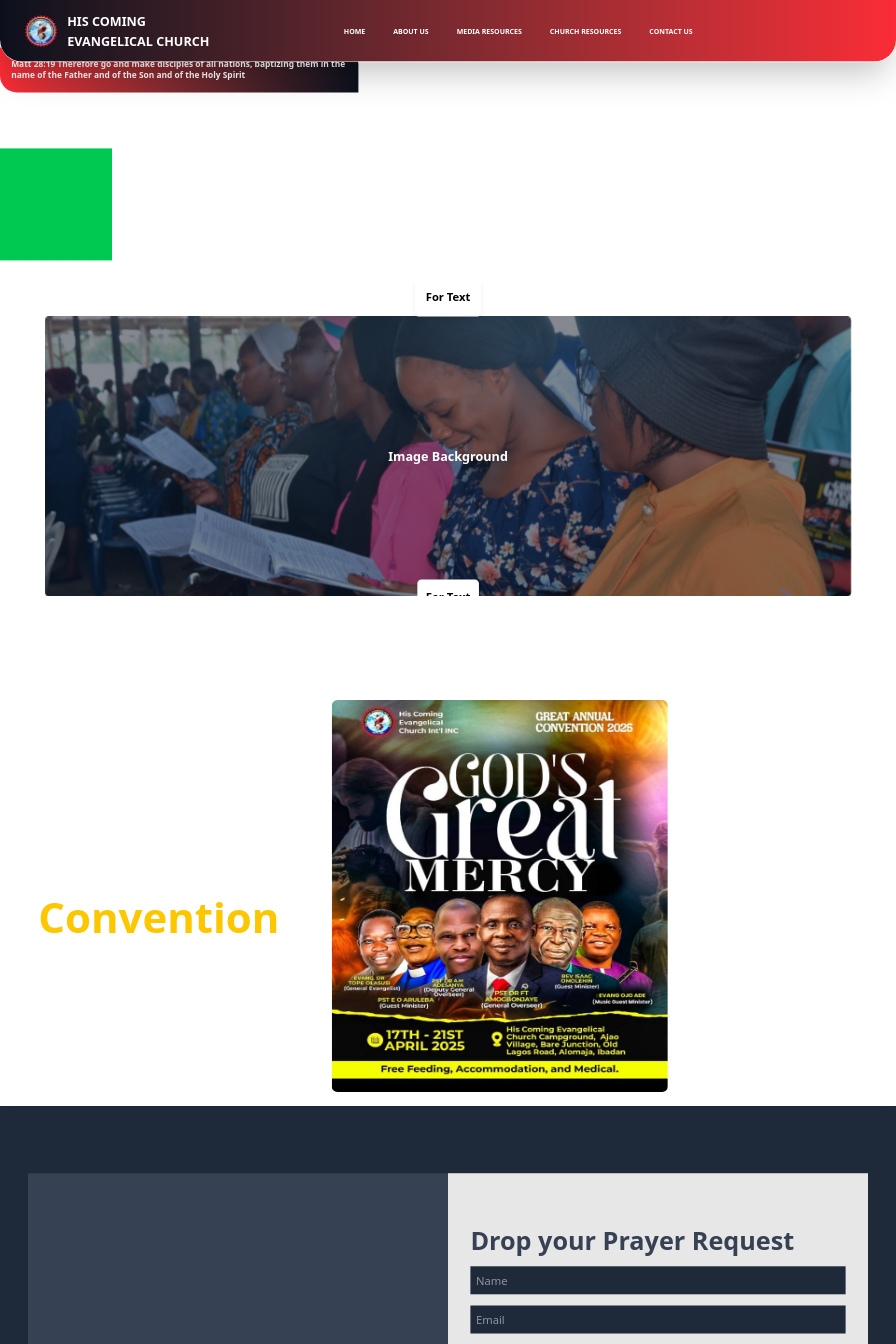
Repository: EmmyDunny1/HCEC-Website
Page: /
An editor plug-in stored every save of this project. The page is shown before and after a run of saves, followed by the edit.
The browser window is 1280 px wide. The pictures show the part of the page from y = 0 to 1920 px (the page is 2728 px tall before and 2872 px after), at 70% of full size.
The project was rebuilt for these pictures with package versions that can differ from the ones it lists, and the page was loaded fresh each time. The framework's server and built-in components were replaced by stand-ins that run in the browser. Also part of the build but not shown: next.config.ts.

Above is the page before, as saved 2025-07-22 12:13:44.

### app/layout.tsx
import type { Metadata } from "next";
import { Geist, Geist_Mono } from "next/font/google";
import "./globals.css";

const geistSans = Geist({
  variable: "--font-geist-sans",
  subsets: ["latin"],
});

const geistMono = Geist_Mono({
  variable: "--font-geist-mono",
  subsets: ["latin"],
});

export const metadata: Metadata = {
  title: "Official HCEC Website",
  description: "His Coming Evangelical Church Website",
};

export default function RootLayout({
  children,
}: Readonly<{
  children: React.ReactNode;
}>) {
  return (
    <html lang="en">
    <head>
      <link rel="icon" href="/public/assets/HCEC_LOGO.png" />
    </head>
      <body
        className={`${geistSans.variable} ${geistMono.variable} antialiased`}
      >

        {children}
        {/* Footer Component */}
      </body>
    </html>
  );
}

### app/page.tsx

import Navbar from "./components/Navbar";
import Homepage from './Home-page/Homepage';
import Footer from "./components/Footer";


export default function Home() {
  return (
    <div className="justify-center">

       {/* Navbar Component */}
       <Navbar />
      <Homepage />
      <Footer />


    </div>
  );
}

### app/components/Navbar.tsx
"use client";

import React from "react";
import Image from "next/image";
import Link from "next/link";
import { BiMenuAltRight } from "react-icons/bi";

type NavItem = {
  label?: string;
  link?: string;
  children?: NavItem[];
};

type NavbarProps = {
  navItems?: NavItem[];
  churchName?: string;
};

const defaultNavItems: NavItem[] = [
  { label: "HOME", link: "#", children: [{ label: "Upcoming Events", link: "Home-page/Upcoming-Programs" }, { label: "Prayer Requests", link: "Home-page/Prayer-Request" }] },
  { label: "ABOUT US", link: "#", children: [{ label: "Our History", link: "About-Us/our-history" }, { label: "Mission and Vision", link: "About-Us/mission-and-vision" }, { label: "Our Beliefs", link: "About-Us/our-beliefs" }] },
  { label: "MEDIA RESOURCES", link: "#", children: [{ label: "Our Audio & Video Resources", link: "/Media-Resources" },] },
  { label: "CHURCH RESOURCES", link: "#", children: [{ label: "Gospel Hymnal", link: "#" }, { label: "Honey From The Rock", link: "#" }, { label: "Daily Honey", link: "#" }] },
  { label: "CONTACT US", link: "/Contact-Us/Home" },
];

export default function Navbar({
  navItems = defaultNavItems,
  churchName = "His Coming Evangelical Church",
}: NavbarProps) {
  return (
    <div className="bg-[#0C101C]">
      <div className="fixed top-0 bg-gradient-to-r from-[#0C101C] to-red-500 flex max-w-7xl w-full mx-auto text-white p-4 transition-all border-b-1 rounded-b-4xl shadow-2xl hover:border-0">
        <section className="flex transition-all my-auto items-center gap-[19.5rem] md:gap-[0rem]">
          <Image src="/assets/HCEC_LOGO.png" width={80} height={48} alt="HCEC Logo" className="h-[3rem] w-[5rem] object-cover" />
          <span className="hidden md:inline font-bold text-lg uppercase ">
  {churchName.split("Evangelical")[0]}
  <br />
  Evangelical{churchName.split("Evangelical")[1] || ""}
</span>
          <nav className="text-[10px] hidden md:flex md:ml-[12rem] justify-between items-center gap-10">
            {navItems.map((d, i) => (
              <div key={i} className="group relative">
                <Link href={d.link ?? "#"} className="group items-center transition-all relative">
                  <p className="flex cursor-pointer">
                    <span className="font-semibold">{d.label}</span>
                  </p>
                </Link>
                {/* Dropdown */}
                {d.children && (
                  <div className="absolute flex flex-col justify-center left-1/2 transform -translate-x-1/2 top-10 bg-amber-50 text-black w-[11rem] transition-all text-[12px] border-t-4 border-red-500 opacity-0 invisible group-hover:opacity-100 group-hover:visible">
                    {d.children.map((ch, j) => (
                      <a key={j} href={ch.link ?? "#"} className="py-2 px-4 hover:bg-red-500 hover:text-white">
                        {ch.label}
                      </a>
                    ))}
                  </div>
                )}
              </div>
            ))}
          </nav>
          <BiMenuAltRight className="text-2xl md:hidden justify-end" />
        </section>
      </div>
    </div>
  );
}

### app/Home-page/Homepage.tsx
import React from 'react'
import UpcomingPrograms from './Upcoming-Programs/page'

import Image from 'next/image'
import PrayerRequest from '../Contact-Us/Prayer-RequestForm/page'
import HeroSection from '../Hero-Section/page'





export default function Homepage() {
  return (
    <div>
 <Image src="/assets/HCEC_LOGO.png" width={80} height={48} alt="HCEC Logo" className="h-[3rem] w-[5rem] object-cover mb-5" />
  <p className='bg-gradient-to-r from-red-500 to-[#0C101C] justify-start text-xs md:text-md text-white p-4 my-5 max-w-[20rem] md:max-w-lg rounded-tr-3xl rounded-bl-3xl font-bold mb-[5rem]'>Matt 28:19

    Therefore go and make disciples of all nations, baptizing them in the name of the Father and of the Son and of the Holy Spirit</p>

<div className='hover:'>    <div className='relative h-[10rem] w-[10rem] bg-green-500 z-10 '></div>
    <div className='absolute h-[10rem] w-[10rem] bg-red-500 mt-[-10rem] hover:transition-transform  hover:translate-y-[10px] hover:translate-x-[-10px]
     '></div>
</div>
    <HeroSection/>
  <div>
    <UpcomingPrograms />
    <PrayerRequest />
    </div>

    </div>
  )

}

### app/components/Footer.tsx
import React from 'react';
import Image from 'next/image';
import { FaFacebookF, FaTwitter, FaInstagram, FaYoutube } from 'react-icons/fa';

export default function Footer() {
  return (
    <footer className="bg-[#0C101C] text-white py-10">
      <div className="container mx-auto px-4 flex flex-col items-center justify-center gap-8 text-center">
        {/* Logo and Socials */}
        <div className="flex flex-col items-center">
         <a href="#"><Image
            src="/assets/HCEC_LOGO.png"
            alt="HCEC Logo"
            width={120}
            height={60}
            className="mb-4"
          /></a>

          <div>
            <p className="font-semibold mb-4">Follow Us</p>
            <div className="flex justify-center space-x-4 text-xl transition-all duration-100">
              <a href="https://www.facebook.com/profile.php?id=100067408456230&mibextid=ZbWKwL" aria-label="Facebook" className="hover:text-blue-400 hover:border-2 rounded-md hover:p-1"><FaFacebookF /></a>
              <a href="#" aria-label="Twitter" className="hover:text-blue-400 hover:border-2 rounded-md hover:p-1"><FaTwitter /></a>
              <a href="#" aria-label="Instagram" className="hover:text-pink-400 hover:border-2 rounded-md hover:p-1 hover:border-red-500"><FaInstagram /></a>
              <a href="#" aria-label="YouTube" className="hover:text-red-500 hover:border-b-2 hover:border-2 rounded-md hover:p-1 hover:border-red-500"><FaYoutube /></a>
            </div>
          </div>
        </div>
        {/* Copyright */}
        <div className="mt-8 ">
          <p className="text-md">
            © {new Date().getFullYear()} His Coming Evangelical Church. All rights reserved.
          </p>
        </div>
      </div>
    </footer>
  );
}

### app/Home-page/Upcoming-Programs/page.tsx
import React from 'react';
import Image from 'next/image'; // Import the Next.js Image component


export default function UpcomingPrograms() {
  return (
    <div className='text-white'>
      <div className='flex justify-center items-center mx-auto'>
        <h1 className='uppercase text-center text-7xl md:text-4xl font-bold mb-[4rem]'>our upcoming programs</h1>
      </div>
      <div className='flex flex-col md:flex-row justify-center mx-auto items-center'>
       {/* Program description */}
       <div className=' p-5 m-5 w-full md:w-1/3'>
          <h2 className='text-center justify-center text-4xl md:text-6xl font-bold items-center'>Great Annual <span className='text-yellow-400'>Convention</span> 2025</h2>
        </div>
     {/* Convention flier */}
        <div className='rounded-lg p-5 w-full md:w-2/3'>
          <Image
            src='/assets/Convention.jpg'
            alt="Convention"  width={80}
  height={48}
            className='w-full h-full md:w-[30rem] md:h-[35rem] object-fill rounded-lg'

          />
        </div>

      </div>

    </div>
  );
}

### app/Contact-Us/Prayer-RequestForm/page.tsx
'use client'

import React, { useState } from 'react';
import emailjs from 'emailjs-com';


export default function PrayerRequestForm() {
  const [formData, setFormData] = useState({
    name: '',
    email: '',
    phone: '',
    country: 'Nigeria',
    state: '',
    city: '',
    request: ''
  });

  const handleChange = (e: React.ChangeEvent<HTMLInputElement | HTMLTextAreaElement | HTMLSelectElement>) => {
    const { name, value } = e.target;
    setFormData(prev => ({ ...prev, [name]: value }));
  };

  const handleSubmit = (e: React.FormEvent) => {
    e.preventDefault();
    emailjs.send(
      'your_service_id',
      'your_template_id',
      formData,
      'your_user_id_or_public_key'
    ).then(() => {
      alert("Prayer request sent!");
      setFormData({
        name: '', email: '', phone: '', country: 'Nigeria', state: '', city: '', request: ''
      });
    }).catch((err) => {
      console.error(err);
      alert("Failed to send request.");
    });
  };

  return (

    <div>   <div className="md:px-10 md:pt-[6rem] md:pb-5 bg-gray-800 shadow-lg min-h-screen"

    >
      <div className="grid grid-cols-1 md:grid-cols-2 bg-black/60 min-h-screen">
        {/* Left: Red Info Section */}
        <div className="bg-gray-700 text-white px-10 flex flex-col justify-center">
          <h2 className="text-3xl font-bold mb-4">Prayer Request</h2>
          <p className="mb-6">
            You can now conveniently submit your prayer requests online, by filling the form or through mail,
            or via a simple phone call. This seamless process ensures that heartfelt intentions reach the dedicated prayer team.
          </p>
          <div className="mb-2">
            📞 <strong>Phone:</strong> +234 916 986 442, +234 906 099 3734
          </div>
          <div>
            📧 <strong>Email:</strong> contactcentre@lfcww.org
          </div>
        </div>

        {/* Right: Form Section */}
        <div className="bg-white/90 p-8 flex flex-col justify-center">
          <h2 className="text-4xl font-bold text-gray-700 mb-4">Drop your Prayer Request</h2>
          <form onSubmit={handleSubmit} className="space-y-4">
            <input name="name" value={formData.name} onChange={handleChange} placeholder="Name" className="w-full p-2 bg-gray-800 text-white" />
            <input name="email" type="email" value={formData.email} onChange={handleChange} placeholder="Email" className="w-full p-2 bg-gray-800 text-white" />
            <input name="phone" value={formData.phone} onChange={handleChange} placeholder="Phone" className="w-full p-2 bg-gray-800 text-white" />
            <select name="country" value={formData.country} onChange={handleChange} className="w-full p-2 bg-gray-800 text-white">
               <option>Nigeria</option>
              <option>Togo</option>
              <option>Benin Republic</option>
              {/* Add more countries */}
            </select>
            <input name="state" value={formData.state} onChange={handleChange} placeholder="State/Province" className="w-full p-2 bg-gray-800 text-white" />
            <input name="city" value={formData.city} onChange={handleChange} placeholder="Town/City" className="w-full p-2 bg-gray-800 text-white" />
            <textarea name="request" value={formData.request} onChange={handleChange} placeholder="Write your prayer request here..." rows={4} className="w-full p-2 bg-gray-800 text-white" />
            <button type="submit" className="w-full bg-red-600 text-white py-2 rounded">Submit Now</button>
          </form>
        </div>
      </div>

    </div>

</div>

  );
}

### app/Hero-Section/page.tsx
import React from 'react'

export default function HeroSection() {
return (
<div className="flex flex-col items-center p-6 ">
{/* Top Text Box */}
<div className="bg-white shadow-md p-4 rounded-md h-[] z-10">
<p className="text-center font-semibold">For Text</p>
</div>

{/* Image Background Section */}
<div className="relative w-full max-w-6xl h-[25rem] rounded-md overflow-hidden">
{/* Background Image */}
<div
  className="absolute inset-0 bg-cover bg-center"
  style={{ backgroundImage: "url('/HeroSection.jpg')" }}
/>

{/* Gray Overlay */}
<div className="absolute inset-0 bg-gray-900 opacity-50"></div>

{/* Content on Image */}
<div className="absolute inset-0 flex items-center justify-center z-10">
  <p className="text-white text-lg font-bold">Image Background</p>
</div>

{/* Bottom Text Box */}
<div className="absolute bottom-[-1.5rem] left-1/2 transform -translate-x-1/2 bg-white shadow-md p-3 rounded-md z-20">
  <p className="text-center font-semibold">For Text</p>
</div>
</div>
</div>
)
}

Loaded but not shown: app/globals.css (common file)

After the next 3 saves:
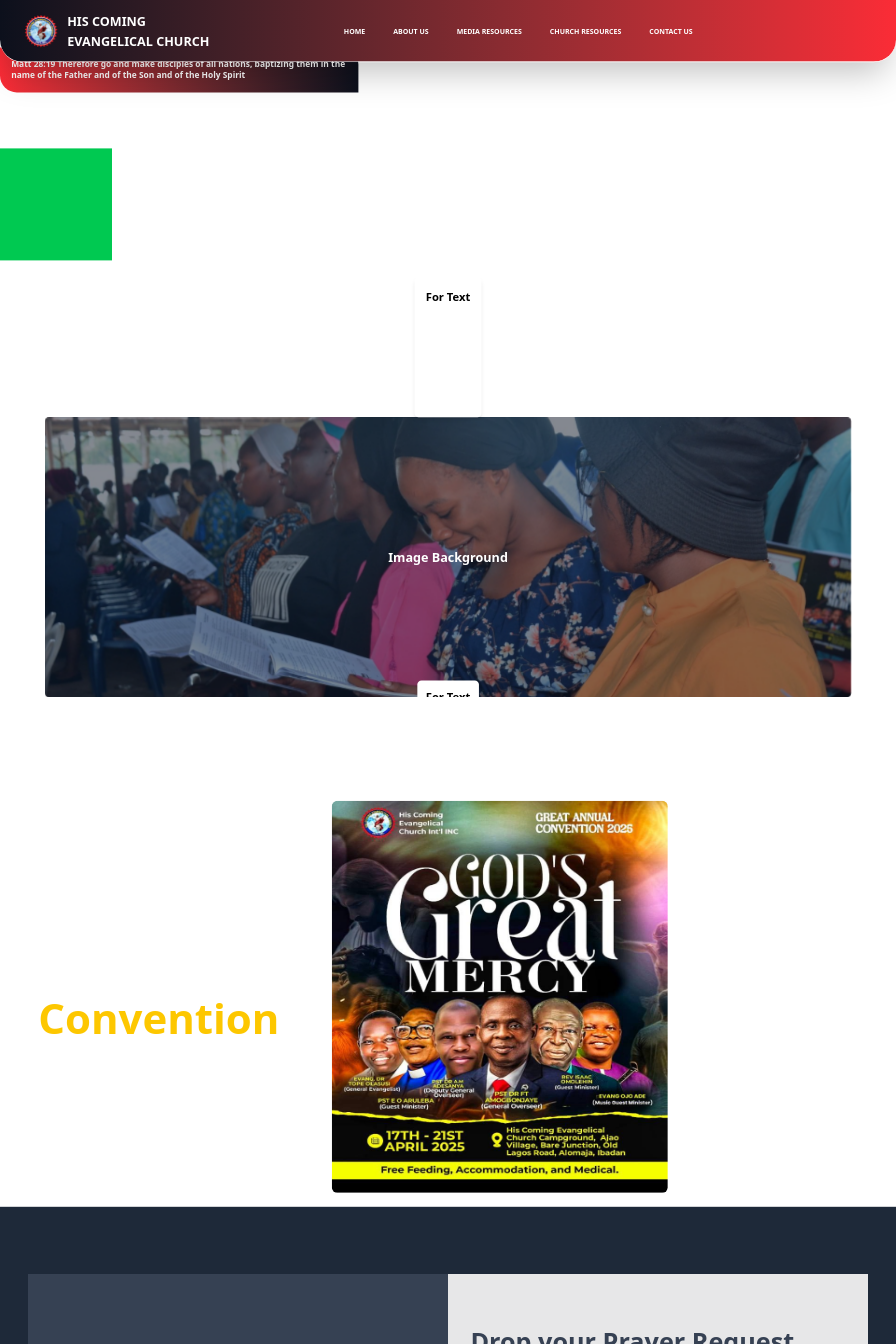
The 3 saves are shown as one change because they came seconds apart.
The last was saved 12 s later.
--- a/app/Hero-Section/page.tsx
+++ b/app/Hero-Section/page.tsx
@@ -4,7 +4,7 @@
 return (
 <div className="flex flex-col items-center p-6 ">
 {/* Top Text Box */}
-<div className="bg-white shadow-md p-4 rounded-md h-[] z-10">
+<div className="bg-white shadow-md p-4 rounded-md h-50 w- z-10">
 <p className="text-center font-semibold">For Text</p>
 </div>
 
